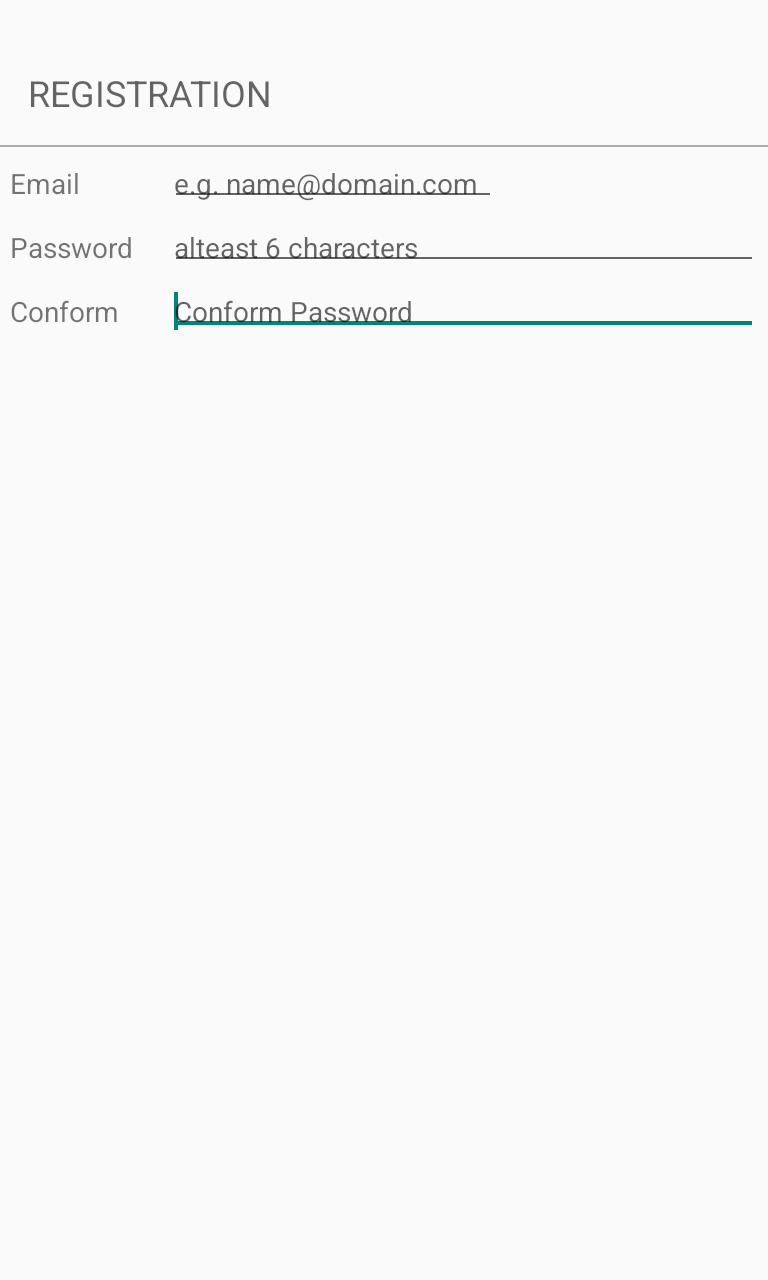
Repository: lMayuraDevani/BrentBrown
Layout: BrentBrown/res/layout/register.xml
These files come from the project's save history. The layout is drawn as it stood at one moment and after the next save; the edit follows.
It is drawn on a 768 x 1280 px phone screen (xhdpi) without system bars, with theme AppTheme; the app's code is not run.

Above is the layout before, as saved 2014-11-12 09:26:31.

### BrentBrown/res/layout/register.xml
<?xml version="1.0" encoding="utf-8"?>
<LinearLayout xmlns:android="http://schemas.android.com/apk/res/android"
    android:layout_width="match_parent"
    android:layout_height="match_parent"
    android:orientation="vertical" >


    <TextView
        android:id="@+id/textView1"
        android:layout_width="wrap_content"
        android:layout_height="wrap_content"
        android:layout_marginTop="20dp"
        android:padding="14dp"
        android:text="@string/registration_lable"
        android:textAppearance="?android:attr/textAppearanceMedium" />


    <View
	   android:layout_width="fill_parent"
	   android:layout_height="1dp"
	   android:background="@android:color/darker_gray" />

    <LinearLayout
                android:layout_width="fill_parent"
                android:layout_height="wrap_content"
                android:padding="2dp"
                android:orientation="vertical" >

      <LinearLayout
                android:layout_width="fill_parent"
                android:layout_height="wrap_content"
                android:padding="2dp"
                android:orientation="horizontal" >

                <TextView
                    android:id="@+id/emaillbl"
                    android:layout_width="80dp"
                    android:layout_height="wrap_content"
                    android:layout_gravity="center"
                    android:padding="01dp"
                    android:text="Email"
                    android:textAppearance="?android:attr/textAppearanceSmall" />

                <EditText
                    android:id="@+id/emailtxt"
                    android:layout_width="wrap_content"
                    android:layout_height="wrap_content"
                    android:ems="10"
                    android:hint="e.g. name@domain.com"
                    android:padding="3dp"
                    android:textAppearance="?android:attr/textAppearanceSmall"
                    android:textColor="#CDCCCD" >

                    <requestFocus />
                </EditText>
            </LinearLayout>

      <LinearLayout
                android:layout_width="fill_parent"
                android:layout_height="wrap_content"
                android:padding="2dp"
                android:orientation="horizontal" >

                <TextView
                    android:id="@+id/pass"
                    android:layout_width="80dp"
                    android:layout_height="wrap_content"
                    android:layout_gravity="center"
                    android:padding="01dp"
                    android:text="Password"
                    android:textAppearance="?android:attr/textAppearanceSmall" />

                  <EditText
                    android:id="@+id/passwordtxt"
                    android:layout_width="match_parent"
                    android:layout_height="wrap_content"
                    android:ems="10"
                    android:hint="alteast 6 characters"
                    android:inputType="textPassword"
                    android:padding="3dp"
                    android:textAppearance="?android:attr/textAppearanceSmall"
                    android:textColor="#CDCCCD" >

                    <requestFocus />
                </EditText>
            </LinearLayout>
            <LinearLayout
                android:layout_width="fill_parent"
                android:layout_height="wrap_content"
                android:padding="2dp"
                android:orientation="horizontal" >

                <TextView
                    android:id="@+id/conformpass"
                    android:layout_width="80dp"
                    android:layout_height="wrap_content"
                    android:layout_gravity="center"
                    android:padding="01dp"
                    android:text="Conform"
                    android:textAppearance="?android:attr/textAppearanceSmall" />

                <EditText
                    android:id="@+id/cpasswordtxt"
                    android:layout_width="match_parent"
                    android:layout_height="wrap_content"
                    android:ems="10"
                    android:hint="Conform Password"
                    android:inputType="textPassword"
                    android:padding="3dp"
                    android:textAppearance="?android:attr/textAppearanceSmall"
                    android:textColor="#CDCCCD" >

                    <requestFocus />
                </EditText>
            </LinearLayout>
      </LinearLayout>

</LinearLayout>

### BrentBrown/res/values/styles.xml
<resources xmlns:android="http://schemas.android.com/apk/res/android">

    <style name="AppBaseTheme" parent="Theme.AppCompat"></style>

    <!-- Application theme. -->
    <style name="AppTheme" parent="AppBaseTheme">
        <item name="actionBarStyle">@style/CustomizedActionbar</item>
        <item name="actionBarTabStyle">@style/CustomizedActionbarTabs</item>
        <item name="android:actionBarStyle">@style/CustomizedActionbar</item>
        <item name="android:actionBarTabStyle">@style/CustomizedActionbarTabs</item>
    </style>

    <!-- ActionBar styles -->
    <style name="CustomizedActionbar" parent="@style/Widget.AppCompat.ActionBar">
        <item name="android:background">@color/ActionBarColor</item>

        <!-- Support library compatibility -->
        <item name="background">@color/ActionBarColor</item>
        <item name="android:divider">@drawable/tabdivider</item>
    </style>

    <!-- ActionBar tabs styles -->
    <style name="CustomizedActionbarTabs" parent="@style/Widget.AppCompat.ActionBar.TabView">

        <!-- tab indicator -->
        <item name="android:background">@drawable/actionbar_tab_indicator</item>
        <item name="android:divider">@drawable/tabdivider</item>

        <!-- Support library compatibility -->
        <item name="background">@drawable/actionbar_tab_indicator</item>
    </style>

</resources>

### BrentBrown/res/drawable/actionbar_tab_indicator.xml
<?xml version="1.0" encoding="utf-8"?>
<selector xmlns:android="http://schemas.android.com/apk/res/android">

<!-- STATES WHEN BUTTON IS NOT PRESSED -->

    <!-- Non focused states -->
    <item android:state_focused="false" android:state_selected="false"
          android:state_pressed="false"

          android:drawable="@drawable/tab_unselected" />
    <item android:state_focused="false" android:state_selected="true"
          android:state_pressed="false"

          android:drawable="@drawable/tab_selected" />

    <!-- Focused states (such as when focused with a d-pad or mouse hover) -->
    <item android:state_focused="true" android:state_selected="false"
          android:state_pressed="false"
          android:drawable="@drawable/tab_unselected_focused" />
    <item android:state_focused="true" android:state_selected="true"
          android:state_pressed="false"
          android:drawable="@drawable/tab_selected_focused" />


<!-- STATES WHEN BUTTON IS PRESSED -->

    <!-- Non focused states -->
    <item android:state_focused="false" android:state_selected="false"
          android:state_pressed="true"
          android:drawable="@drawable/tab_unselected_pressed" />
    <item android:state_focused="false" android:state_selected="true"
        android:state_pressed="true"
        android:drawable="@drawable/tab_selected_pressed" />

    <!-- Focused states (such as when focused with a d-pad or mouse hover) -->
    <item android:state_focused="true" android:state_selected="false"
          android:state_pressed="true"
          android:drawable="@drawable/tab_unselected_pressed" />
    <item android:state_focused="true" android:state_selected="true"
          android:state_pressed="true"
          android:drawable="@drawable/tab_selected_pressed" />
</selector>

### BrentBrown/res/drawable/tabdivider.xml
<?xml version="1.0" encoding="utf-8"?>
<shape xmlns:android="http://schemas.android.com/apk/res/android"
    android:shape="line"  >

      <size android:width="2dp" android:height="10dp"/>
    <solid android:color="@color/BorderGrayColor" />
    <padding android:left="15dp" android:top="15dp" />

</shape>

### BrentBrown/res/values/color.xml
<?xml version="1.0" encoding="utf-8"?>
<resources>

    <color name="gray_list_item">#E5E5E5</color>
    <color name="gray_backgroound">#EEEEEE</color>
    <color name="gray_border">#b6b6b6</color>
    <color name="ActionBarColor">#25C389</color>
    <color name="BorderGrayColor">#CED8D8</color>
    <color name="OrangeTabColor">#F5963C</color>
    <color name="TurquoiseBlueTabColor">#05AEAA</color>
    <color name="MediumGrayBackColor">#D8D8D8</color>
    <color name="list_item_title">#444444</color>
    <color name="list_item_subtitle">#929292</color>

</resources>

### BrentBrown/res/drawable/tab_unselected.xml
<shape xmlns:android="http://schemas.android.com/apk/res/android"
    android:shape="rectangle" >

    <solid android:color="@color/OrangeTabColor" />

</shape>

### BrentBrown/res/drawable/tab_selected.xml
<?xml version="1.0" encoding="utf-8"?>
<shape xmlns:android="http://schemas.android.com/apk/res/android"
    android:shape="rectangle" >

    <solid android:color="@color/TurquoiseBlueTabColor" />



</shape>

### BrentBrown/res/drawable/tab_unselected_focused.xml
<shape xmlns:android="http://schemas.android.com/apk/res/android"
    android:shape="rectangle" >



   <solid android:color="@color/OrangeTabColor"/>

</shape>

### BrentBrown/res/drawable/tab_selected_focused.xml
<?xml version="1.0" encoding="utf-8"?>
<shape xmlns:android="http://schemas.android.com/apk/res/android"
    android:shape="rectangle" >



 <solid android:color="@color/TurquoiseBlueTabColor" />



</shape>

### BrentBrown/res/drawable/tab_unselected_pressed.xml
<shape xmlns:android="http://schemas.android.com/apk/res/android"
    android:shape="rectangle" >



    <solid android:color="@color/OrangeTabColor" />

</shape>

### BrentBrown/res/drawable/tab_selected_pressed.xml
<?xml version="1.0" encoding="utf-8"?>
<shape xmlns:android="http://schemas.android.com/apk/res/android"
    android:shape="rectangle" >
    <solid android:color="@color/TurquoiseBlueTabColor" />

</shape>

### BrentBrown/res/values/strings.xml
<?xml version="1.0" encoding="utf-8"?>
<resources>

    <string name="app_name"> Brent Brown</string>
    <string name="title_garage"> Garage</string>
    <string name="title_showroom"> Showroom</string>
    <string name="title_specials"> Specials</string>
    <string name="title_tools"> Tools</string>
    <string name="title_extra"> More</string>

    <string name="title_ServiceHistory">Service</string>
    <string name="title_Appointments">Appontments</string>
    <string name="title_Message">Message</string>

    <string name="hello_world">Hello world!</string>
    <string name="action_settings">Settings</string>

    <string name="menu_settings">Settings</string>
    <string name="pull_to_refresh_pull_label">Pull to refresh...</string>
    <string name="pull_to_refresh_release_label">Release to refresh...</string>
    <string name="pull_to_refresh_refreshing_label">Loading...</string>
    <string name="pull_to_refresh_tap_label">Tap to refresh...</string>
    <string name="registration_lable">REGISTRATION</string>


</resources>

Loaded but not shown: BrentBrown/res/values-v11/styles.xml (common file); BrentBrown/res/values-v14/styles.xml (common file)

After the next save:
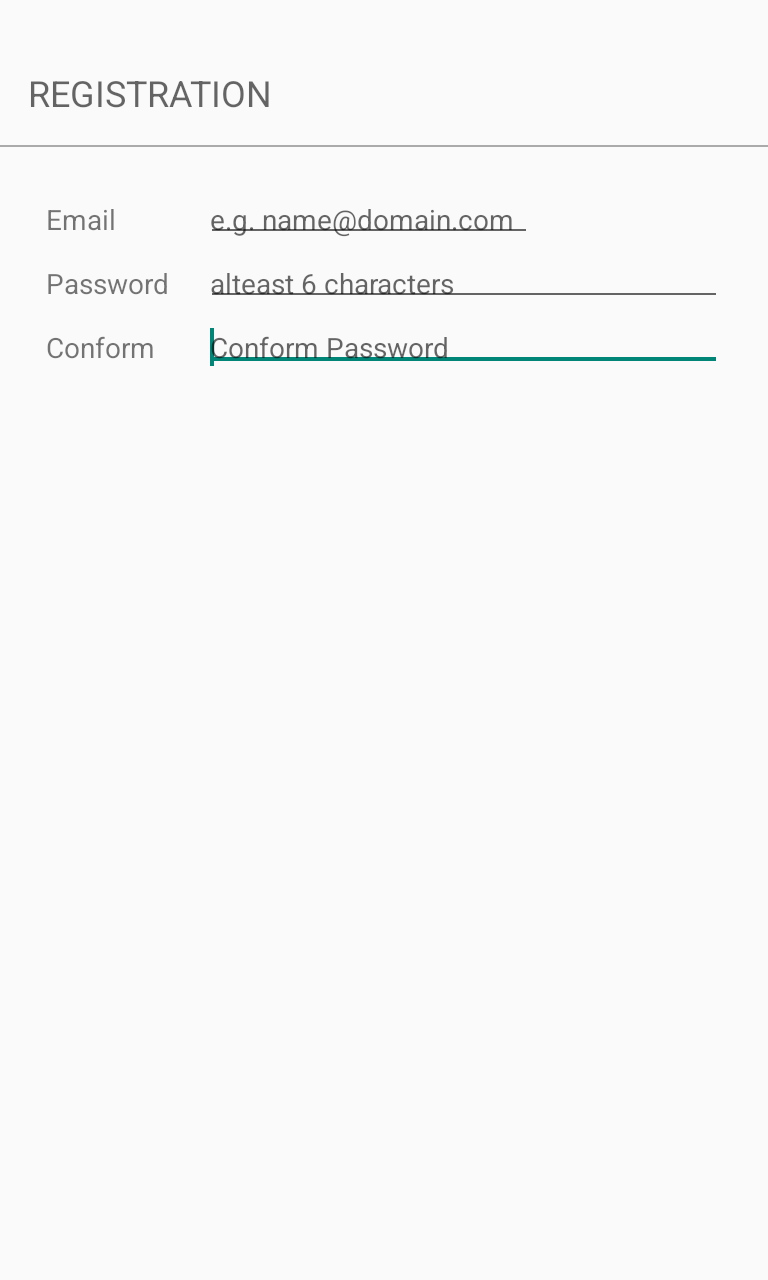
Saved 6 s later.
--- a/BrentBrown/res/layout/register.xml
+++ b/BrentBrown/res/layout/register.xml
@@ -23,7 +23,7 @@
     <LinearLayout
                 android:layout_width="fill_parent"
                 android:layout_height="wrap_content"
-                android:padding="2dp"
+                android:padding="20dp"
                 android:orientation="vertical" >
 
       <LinearLayout
